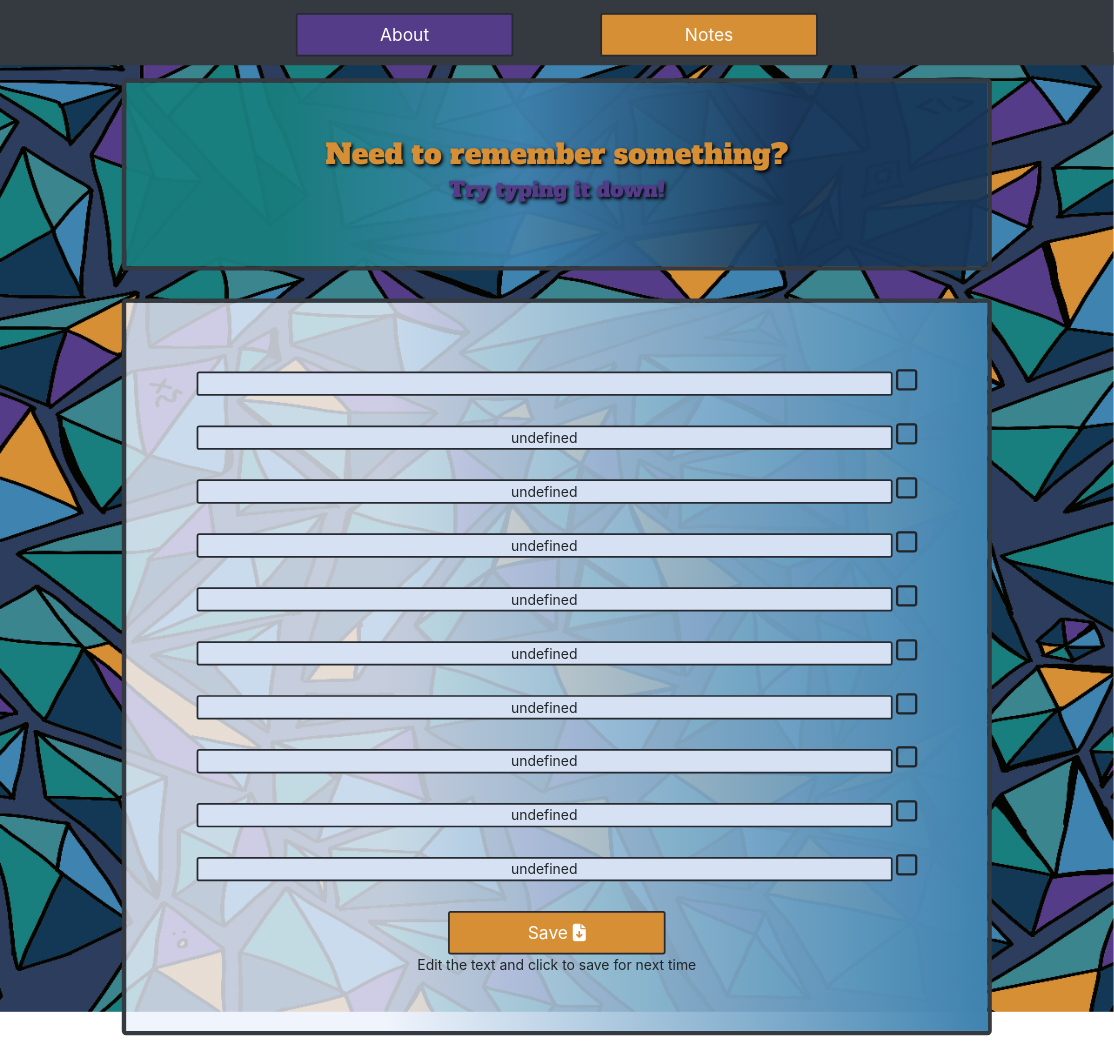
Repository: Kamicoda/Mynote
Page: index.html
The author's editor kept a record of every edit. The page is drawn from the files as they stood at one moment, then again after the next edit.
The browser window is 1280 px wide. The pictures show the whole page, at 87% of full size.
Backgrounds fixed to the window are drawn as part of the page. Some web fonts or font styles are not loaded; a fallback is used. Some web libraries are served in a nearby version.

Above is the page before.

After the next edit:
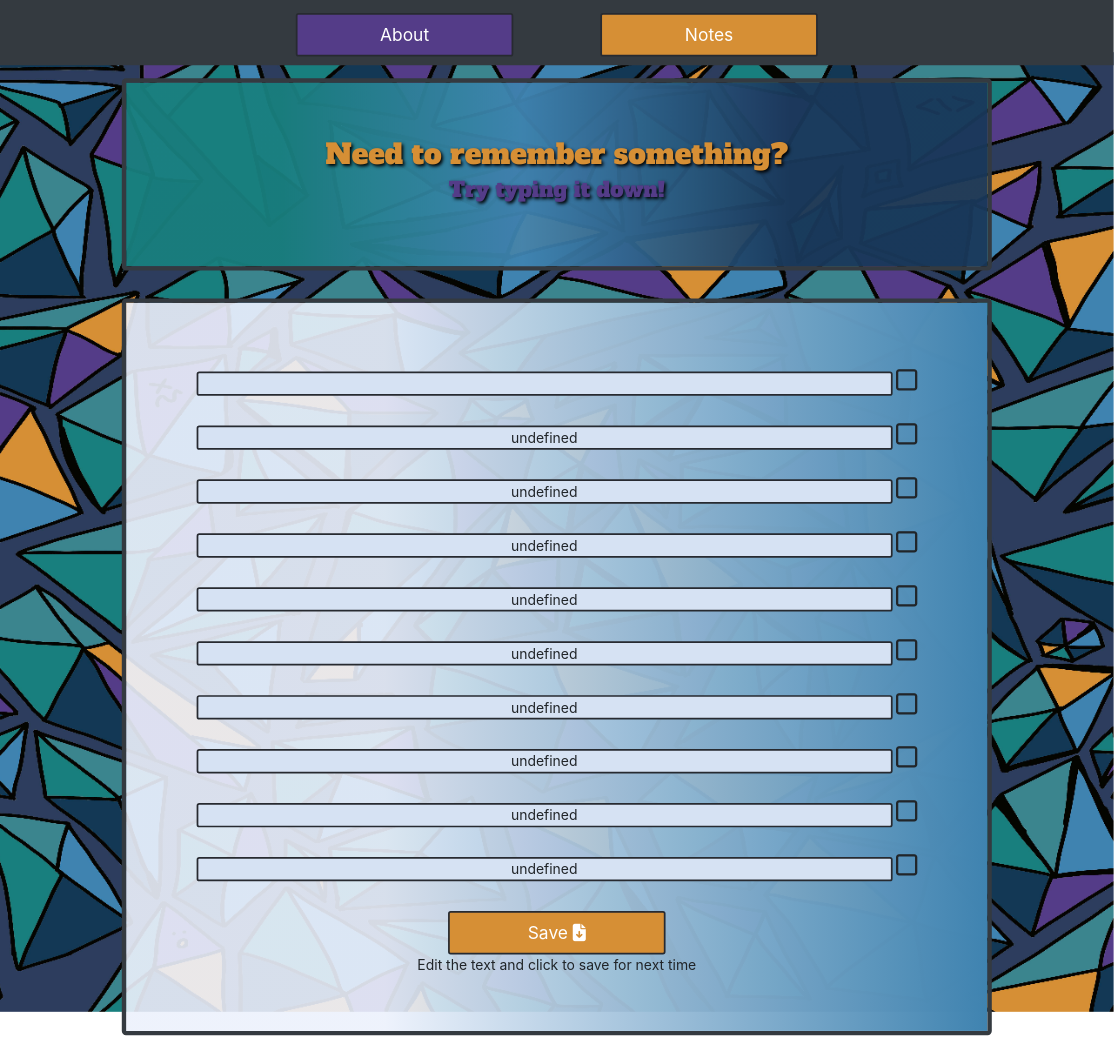
The edit:
--- a/assets/style/style.css
+++ b/assets/style/style.css
@@ -120,7 +120,7 @@
 
 .cont {
     background: rgb(236, 241, 252);
-    background: linear-gradient(90deg, rgba(236, 241, 252, 0.8) 30%, rgba(63, 131, 176, 1) 100%);
+    background: linear-gradient(90deg, rgba(236, 241, 252, 0.9) 30%, rgba(63, 131, 176, 1) 100%);
 
 }
 
